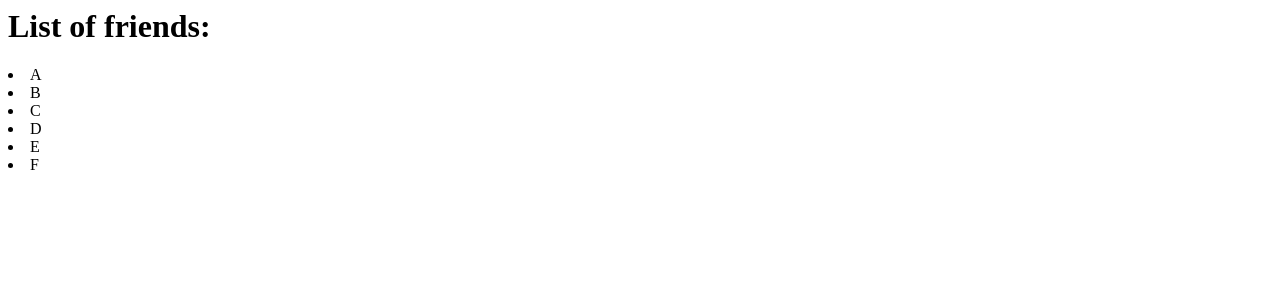
Repository: karanagg262/The-Web-Development-Bootcamp
Page: http://localhost/friends
The author's editor kept a record of every edit. The page is drawn from the files as they stood at one moment, then again after the next edit.
The browser window is 1280 px wide. The pictures show the whole page.
The page is served by the project's Node server (more_express/postrequestdemo/app.js).

Above is the page before.

After the next edit:
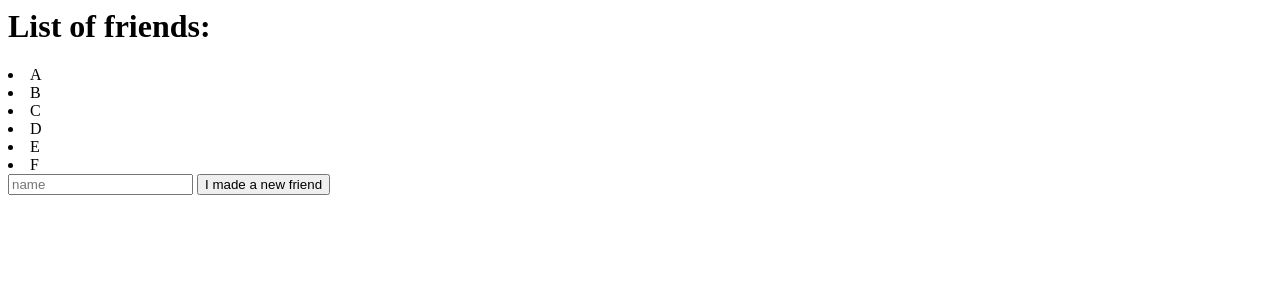
The edit:
--- a/Backend and full scale projects/more_express/postrequestdemo/views/friends.ejs
+++ b/Backend and full scale projects/more_express/postrequestdemo/views/friends.ejs
@@ -2,3 +2,8 @@
 <% friends.forEach(function(friend){ %>
     <li><%= friend %></li>
 <% }); %>
+
+<form action="/getfriend" method="POST">
+    <input type="text" name="newfriend" placeholder="name">
+    <button>I made a new friend</button>
+</form>
